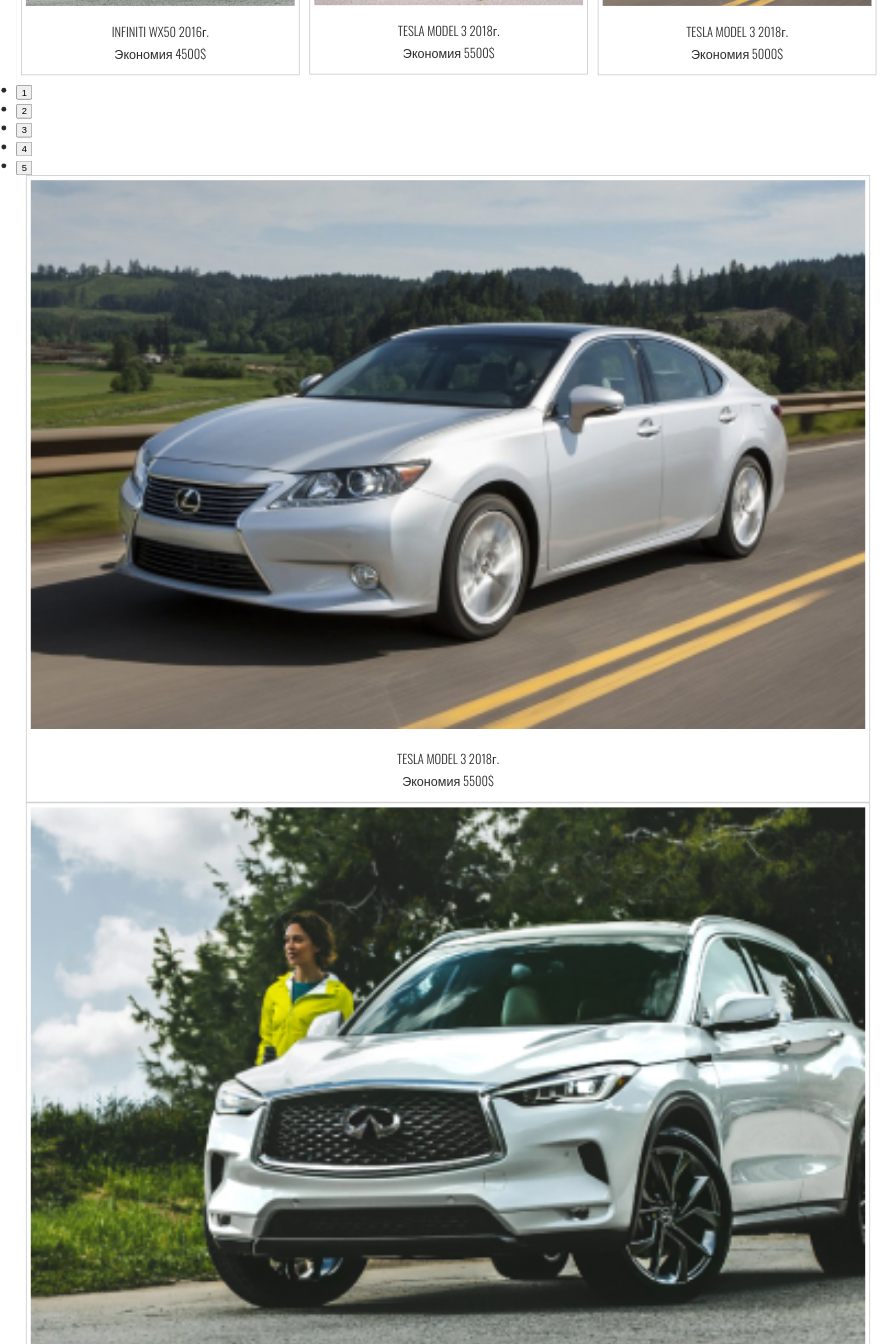
Repository: AlexandrLewandowski/site-1
Page: index.html
These files come from the project's save history. The page is drawn as it stood at one moment and after the next save; the edit follows.
The browser window is 1280 px wide. The pictures show the part of the page from y = 3149 to 5069 px (the page is 6184 px tall before and 3580 px after), at 70% of full size.

Above is the page before, as saved 2024-05-06 18:40:47.

After the next save:
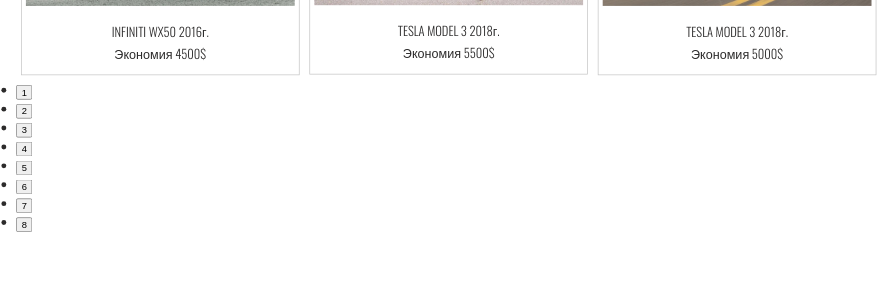
Saved 54 s later.
--- a/index.html
+++ b/index.html
@@ -197,29 +197,29 @@
                     <h4 class="carousel__item-title">INFINITI WX50 2016г.</h4>
                     <p class="carousel__item-text">Экономия 4500$</p>
                 </div>
-            </div>
-            <div class="carousel__item">
-                <div class="carousel__item-box">
-                    <img class="carousel__item-img" src="images/carousel/3.jpg" alt="carousel3">
-                    <h4 class="carousel__item-title">TESLA MODEL 3 2018г.</h4>
-                    <p class="carousel__item-text">Экономия 5500$</p>
-                </div>
-            </div>
-            <div class="carousel__item">
-                <div class="carousel__item-box">
-                    <img class="carousel__item-img" src="images/carousel/1.jpg" alt="carousel1">
-                    <h4 class="carousel__item-title">TESLA MODEL 3 2018г.</h4>
-                    <p class="carousel__item-text">Экономия 4500$</p>
-                </div>
-            </div>
-            <div class="carousel__item">
-                <div class="carousel__item-box">
-                    <img class="carousel__item-img" src="images/carousel/2.jpg" alt="carousel2">
-                    <h4 class="carousel__item-title">INFINITI QX50 2017г.</h4>
-                    <p class="carousel__item-text">Экономия 5000$</p>
-                </div>
-            </div>
-        </div>
+
+                <div class="carousel__item">
+                    <div class="carousel__item-box">
+                        <img class="carousel__item-img" src="images/carousel/3.jpg" alt="carousel3">
+                        <h4 class="carousel__item-title">TESLA MODEL 3 2018г.</h4>
+                        <p class="carousel__item-text">Экономия 5500$</p>
+                    </div>
+                </div>
+                <div class="carousel__item">
+                    <div class="carousel__item-box">
+                        <img class="carousel__item-img" src="images/carousel/1.jpg" alt="carousel1">
+                        <h4 class="carousel__item-title">TESLA MODEL 3 2018г.</h4>
+                        <p class="carousel__item-text">Экономия 4500$</p>
+                    </div>
+                </div>
+                <div class="carousel__item">
+                    <div class="carousel__item-box">
+                        <img class="carousel__item-img" src="images/carousel/2.jpg" alt="carousel2">
+                        <h4 class="carousel__item-title">INFINITI QX50 2017г.</h4>
+                        <p class="carousel__item-text">Экономия 5000$</p>
+                    </div>
+                </div>
+            </div>
         </div>
     </section>
 
